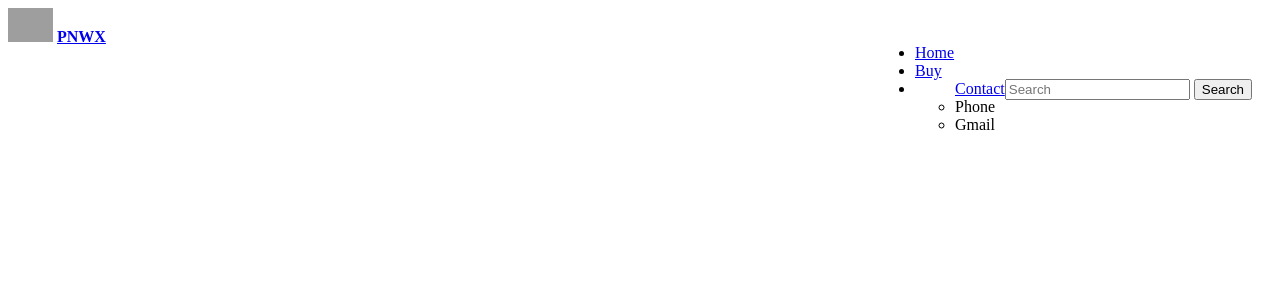
Repository: meiming24/meiming24.github.io
Page: index.html
The author's editor kept a copy of each file at every save. The page is drawn from the files as they stood at one save, then again after the next save.
The browser window is 1280 px wide. The pictures show the whole page.
Pictures or frames that could not be fetched are drawn as grey boxes.

Above is the page before, as saved 2022-05-09 16:34:12.

### index.html
<!DOCTYPE html>
<html lang="en">
<head>
    <meta charset="UTF-8">
    <meta http-equiv="X-UA-Compatible" content="IE=edge">
    <meta name="viewport" content="width=device-width, initial-scale=1.0">
    <title>Pacific Northwest X-Ray</title>
    <link rel="stylesheet" href="index.css" />
</head>
<body>
    <div class="container">

        <div class="logo">
            <img src="https://i.postimg.cc/hG3zmBz9/xray.png" alt="logo">
            <a href="#">PNWX</a>

        </div>

        <div class="nav-bar">
            <nav>

            </nav>
            <ul>
                <li>
                    <a href="#">Home</a>
                </li>

                <li>
                    <a href="#">Buy</a>
                </li>

                <li>
                    <ul>
                        <a href="#">Contact</a>
                        <li>Phone</li>
                        <li>Gmail</li>
                    </ul>
                </li>

            </ul>

            <form class="d-flex">
                <input type="search" placeholder="Search"/>
                <button type="submit">Search</button>
            </form>

        </div>



    </div>

    <div class="content">

        <div class="item">

        </div>

        <div class="item">

        </div>

        <div class="item">

        </div>

    </div>
</body>
</html>

### index.css
.container {
    display: flex;
    flex-flow: row wrap;
}

.container > * {
    padding: 0px;
    margin: 0PX;
    box-sizing: border-box;
}

.logo {
    flex: 15%;
    font-weight: 600;
    text-decoration: none;
}

.logo > img {
    width: 45px;
}

.nav-bar {
    display: flex;
    align-items: center;
    padding: 20px;
}

After the next save:
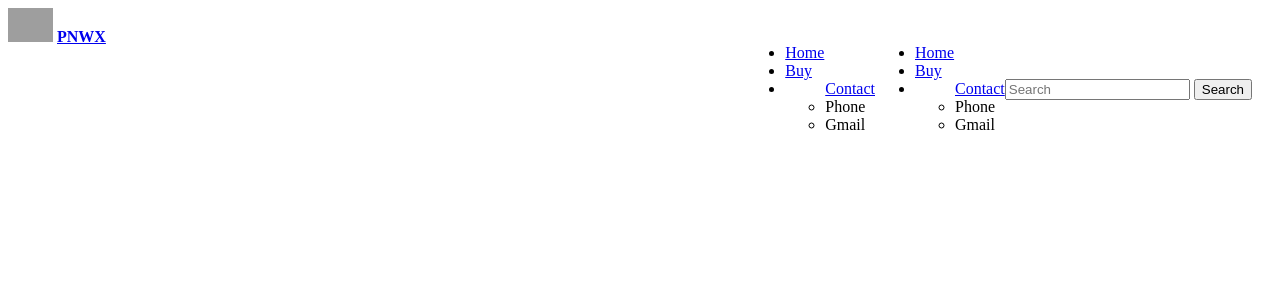
Saved 13 s later.
--- a/index.html
+++ b/index.html
@@ -18,7 +18,24 @@
 
         <div class="nav-bar">
             <nav>
+                <ul>
+                    <li>
+                        <a href="#">Home</a>
+                    </li>
 
+                    <li>
+                        <a href="#">Buy</a>
+                    </li>
+
+                    <li>
+                        <ul>
+                            <a href="#">Contact</a>
+                            <li>Phone</li>
+                            <li>Gmail</li>
+                        </ul>
+                    </li>
+
+                </ul>
             </nav>
             <ul>
                 <li>

After the 2 saves that followed:
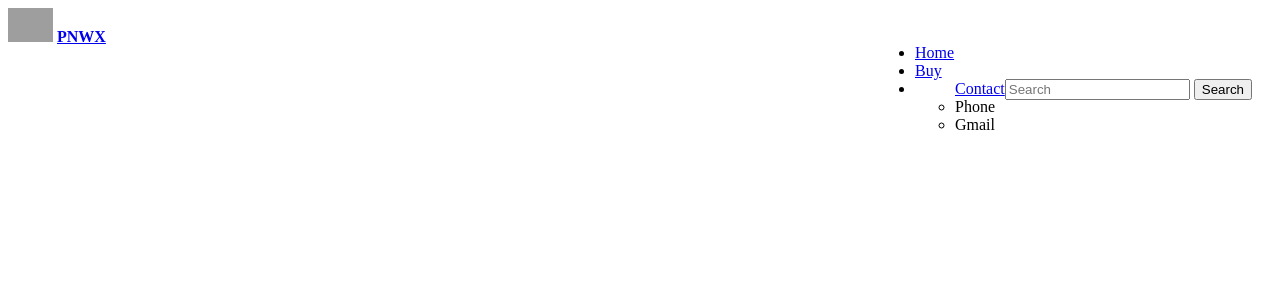
The 2 saves are shown as one change because they came seconds apart.
The last was saved 9 s later.
--- a/index.html
+++ b/index.html
@@ -37,24 +37,6 @@
 
                 </ul>
             </nav>
-            <ul>
-                <li>
-                    <a href="#">Home</a>
-                </li>
-
-                <li>
-                    <a href="#">Buy</a>
-                </li>
-
-                <li>
-                    <ul>
-                        <a href="#">Contact</a>
-                        <li>Phone</li>
-                        <li>Gmail</li>
-                    </ul>
-                </li>
-
-            </ul>
 
             <form class="d-flex">
                 <input type="search" placeholder="Search"/>
